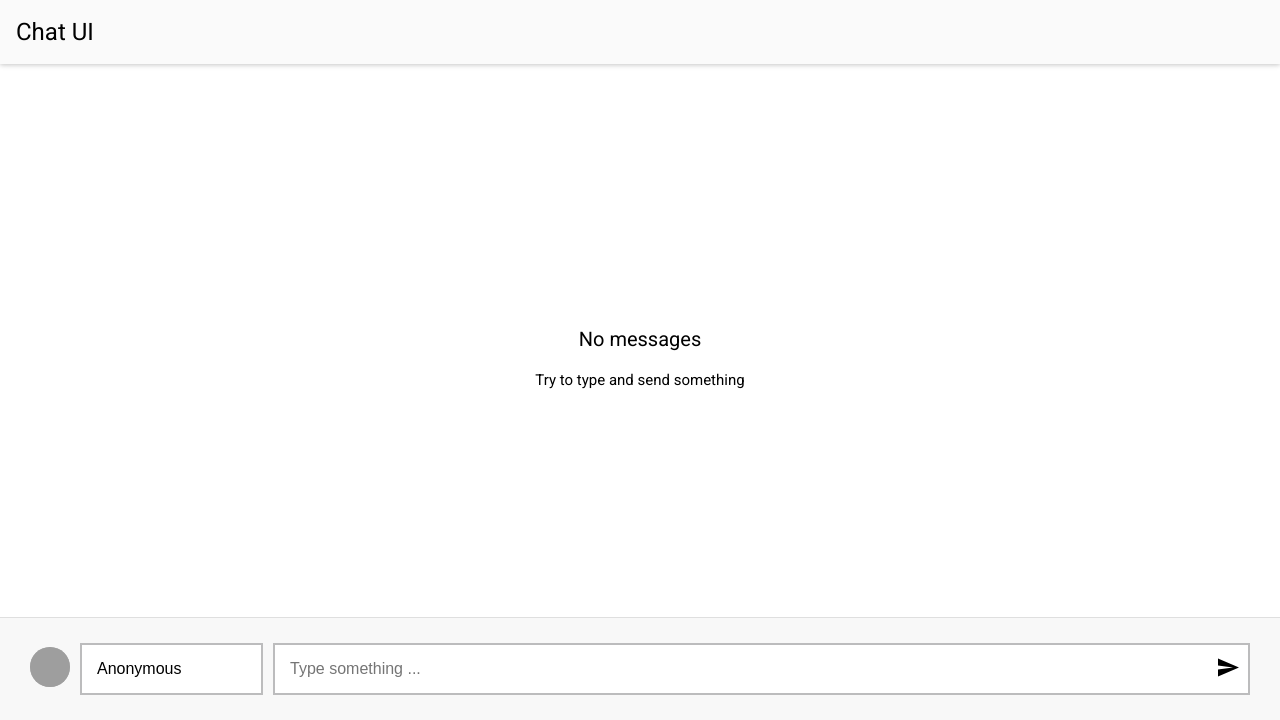
Repository: Faradey27/chat-ui
Page: /
These files come from the project's save history. The page is drawn as it stood at one moment and after the next save; the edit follows.
The browser window is 1280 px wide. The pictures show the whole page.
Pictures or frames that could not be fetched are drawn as grey boxes. The page's requests for data from a server got no answer. The project was rebuilt for these pictures with package versions that can differ from the ones it lists, and the page was loaded fresh each time. No one was signed in, and anything a server would have sent is missing. Also part of the build but not shown: src/components/MessageUsername/MessageUsername.js, src/components/MessageUsername/index.js, src/components/MessageText/MessageText.js, src/components/MessageText/index.js, src/components/MessageDate/MessageDate.js, src/components/MessageDate/index.js, src/components/Message/Message.js.

Above is the page before, as saved 2018-03-04 00:20:18.

### public/index.html
<!DOCTYPE html>
<html lang="en">
  <head>
    <meta charset="utf-8">
    <meta name="viewport" content="width=device-width, initial-scale=1, shrink-to-fit=no">
    <meta name="theme-color" content="#000000">
    <link rel="manifest" href="%PUBLIC_URL%/manifest.json">
    <link rel="shortcut icon" href="%PUBLIC_URL%/favicon.ico">
    <link href="https://fonts.googleapis.com/css?family=Roboto:300,400,700" rel="stylesheet">
    <title>Chat UI</title>
  </head>
  <body>
    <noscript>
      You need to enable JavaScript to run this app.
    </noscript>
    <div id="root"></div>
  </body>
</html>

### src/index.js
import React from 'react';
import ReactDOM from 'react-dom';
import { Provider } from 'react-redux';
import { MuiThemeProvider } from 'material-ui/styles';

import io from "socket.io-client";
import Chat from './containers/Chat';
import configureStore from './data/store/configureStore';
import SocketConnector from './services/SocketConnector';
import StorageConnector from './services/StorageConnector';
import registerServiceWorker from './services/pwa/registerServiceWorker';

import './index.css';

// setuped sockets
const socketIO = io("https://spotim-demo-chat-server.herokuapp.com");
const socket = new SocketConnector({eventName: 'spotim/chat', socket: socketIO});

// setuped redux related things
const storage = new StorageConnector({appName: 'chat-ui-user', storage: window.localStorage}); // localStorage or session storage
const savedUser = storage.getItem('store.user');
const preloadedState = {user: savedUser || {name: 'Anonymous', avatar: ''}};
const reduxStore = configureStore(preloadedState, storage);


ReactDOM.render(
  <Provider store={reduxStore}>
    <MuiThemeProvider>
      <Chat socket={socket}/>
    </MuiThemeProvider>
  </Provider>,
  document.getElementById('root')
);

/*
  As we want to be PWA app, we need to become offline friendly, for this reason we register service worker
*/
registerServiceWorker();

### src/data/store/configureStore.js
if (process.env.NODE_ENV === 'production' || process.env.NODE_ENV === 'test') {
  module.exports = require('./configureStore.prod')
} else {
  module.exports = require('./configureStore.dev')
}

### src/services/SocketConnector.js
import { CHAT_IDENTEFICATOR } from './../config';

const isValidMessage = (message) => message.id && message.text && message.user && message.date;
const isAuthorizedMessage = (message) => message.identificator === CHAT_IDENTEFICATOR;

class SocketConnector {
  eventName = '';
  socket = null;
  connected = false;

  constructor({eventName, socket}) {
    this.eventName = eventName;
    this.socket = socket;
  }

  connect = ({onMessage}) => {
    this.socket.on("connect", () => {
      console.info("connected to chat server!");
      this.connected = true;
    });
    this.socket.on(this.eventName, (message) => this.handleMessage({message, onMessage}));
    this.socket.on("disconnect", () => {
      console.info("disconnected to chat server!");
      this.connected = false;
    });
  }

  handleMessage = ({message, onMessage}) => {
    // as our api services do not have any auth or any client separation, we need to detect somehow just our messages
    if (!isAuthorizedMessage(message)) {
      console.info('We received message from bad guys');
      return -1;
    }
    // we want to skip bad messages
    if (!isValidMessage(message)) {
      console.info('We received invalid message');
      return -1;
    }

    onMessage(message)
  }

  emitMessage(message) {
    this.socket.emit(this.eventName, message);
  }
}

export default SocketConnector;

### src/services/StorageConnector.js
class SocketConnector {
  appName = '';
  storage = null;

  constructor({appName, storage}) {
    this.appName = appName;
    this.storage = storage;
  }

  _getMaskedKey = (key) => `${this.appName}-${key}`;

  setItem(key, value) {
    this.storage.setItem(this._getMaskedKey(key), JSON.stringify(value));
  }

  getItem(key) {
    const item = this.storage.getItem(this._getMaskedKey(key));
    if (!item) {
      return '';
    }

    try {
      return JSON.parse(item);
    } catch (e) {
      throw e;
    }
  }

  removeItem(key) {
    this.storage.removeItem(this._getMaskedKey(key));
  }
}

export default SocketConnector;

### src/index.css
/*
  here we have global styles that need to be applied for whole page(like normalisation)
*/

body {
  margin: 0;
  padding: 0;
  font-family: Roboto;
  min-width: 345px;
}

### src/containers/Chat/Chat.js
import React from 'react';
import { func, instanceOf } from 'prop-types';
import { connect } from 'react-redux';
import AppBar from 'material-ui/AppBar';
import { grey50 } from 'material-ui/styles/colors';
import { css } from 'emotion';
import { addMessage } from './../../data/messages/messagesActions';
import SocketConnector from '../../services/SocketConnector';
import MessageCreationArea from './../MessageCreationArea';
import MessageListArea from './../MessageListArea';
import Column from './../../components/Column';

const chatStyles = css`
  height: 100vh;
  display: flex;
  flex-direction: column;
`;

class Chat extends React.Component {
  static propTypes = {
    socket: instanceOf(SocketConnector).isRequired,
    addMessage: func.isRequired, // dispatched action from react-redux
  }

  componentDidMount() {
    this.props.socket.connect({onMessage: this.props.addMessage})
  }

  handleMessageAdd = (message) => this.props.socket.emitMessage(message)

  render() {
    return (
      <div
        className={chatStyles}
        data-hook="chat"
      >
        <AppBar
          titleStyle={{color: 'initial'}}
          style={{ backgroundColor: grey50 }}
          iconElementLeft={<span/>}
          title="Chat UI"
        />
        <Column>
          <MessageListArea />
          <MessageCreationArea onMessageAdd={this.handleMessageAdd}/>
        </Column>
      </div>
    );
  }
}

export default connect(null, { addMessage })(Chat);

### src/data/store/configureStore.dev.js
import { createStore, applyMiddleware } from 'redux';
import { createLogger } from 'redux-logger';
import rootReducer from './rootReducer';
import saveUserToStorageMiddleware from './../middleware/saveUserToStorage';

const configureStore = (preloadedState, storage) => {
  const store = createStore(
    rootReducer,
    preloadedState,
    applyMiddleware(createLogger(), saveUserToStorageMiddleware(storage))
  );

  return store;
}

export default configureStore;

### src/config.js
export const CHAT_IDENTEFICATOR = 'APPLICATION_INDENTIFICATOR_942345';

### src/data/messages/messagesActions.js
export const ADD_MESSAGE = 'ADD_MESSAGE';
export const addMessage = (message) => ({
  type: ADD_MESSAGE,
  message,
})

### src/containers/MessageCreationArea/index.js
export { default } from './MessageCreationArea';

### src/containers/MessageListArea/index.js
export { default } from './MessageListArea';

### src/components/Column/index.js
export {default} from './Column';

### src/data/store/rootReducer.js
import { combineReducers } from 'redux';
import messages from './../messages/messagesReducer';
import user from './../user/userReducer';

const rootReducer = combineReducers({
  messages,
  user,
});

export default rootReducer;

### src/data/middleware/saveUserToStorage.js
import { SET_USER_AVATAR, SET_USER_NAME } from './../user/userActions';

const middleware = (storage) => (store) => (next) => (action) => {
  next(action);

  if (action.type === SET_USER_AVATAR || action.type === SET_USER_NAME) {
    storage.setItem('store.user', store.getState().user);
  }
}

export default middleware;

### src/containers/MessageCreationArea/MessageCreationArea.js
import React from 'react';
import { shape, string, func } from 'prop-types';
import uuidv4 from 'uuid/v4';
import { connect } from 'react-redux';
import { selectUser } from './../../data/user/userSelectors';
import { setUserAvatar, setUsername } from './../../data/user/userActions';
import MessageCreationAreaView from './MessageCreationAreaView';
import { CHAT_IDENTEFICATOR } from './../../config';
import avatars from './../../assets/avatars';

const getRandomAvatar = () => avatars[Math.floor(Math.random() * avatars.length)]

class MessageCreationArea extends React.Component {
  static propTypes = {
    user: shape({ // from redux store
      name: string,
      avatar: string,
    }),
    setUserAvatar: func, // redux action
    setUsername: func, // redux action
    onMessageAdd: func.isRequired,
  }

  state = {
    messageText: '',
  }

  componentDidMount() {
    if (!this.props.user.avatar) {
      this.props.setUserAvatar(getRandomAvatar());
    }
  }

  handleMessageChange = (messageText) => this.setState({messageText})

  handleMessageAdd = () => {
    if (!this.state.messageText) {
      return null;
    }

    this.props.onMessageAdd({
      id: uuidv4(),
      text: this.state.messageText,
      date: Date.now(),
      user: {
        name: this.props.user.name,
        avatar: this.props.user.avatar,
      },
      identificator: CHAT_IDENTEFICATOR
    });

    this.resetMessage();
  }

  resetMessage = () => this.handleMessageChange('')

  render() {
    return (
      <MessageCreationAreaView
        avatar={this.props.user.avatar}
        username={this.props.user.name}
        messageText={this.state.messageText}
        onMessageAdd={this.handleMessageAdd}
        onMessageChange={this.handleMessageChange}
        onUsernameChange={this.props.setUsername}
      />
    );
  }
}

export default connect(
  (state) => ({
    user: selectUser(state)
  }),
  { setUsername, setUserAvatar }
)(MessageCreationArea);

### src/containers/MessageListArea/MessageListArea.js
import React from 'react';
import { array } from 'prop-types';
import { connect } from 'react-redux';
import MessageListAreaView from './MessageListAreaView';
import { selectMessages } from './../../data/messages/messagesSelectors';

class MessageListArea extends React.Component {
  static propTypes = {
    messages: array, // from store
  }

  render() {
    return (
      <MessageListAreaView messages={this.props.messages}/>
    );
  }
}

export default connect((state) => ({ messages: selectMessages(state)}))(MessageListArea);

### src/components/Column/Column.js
import React from 'react';
import { css } from 'emotion';

const columnStyles = css`
  position: relative;
  display: flex;
  flex: 1;
  flex-direction: column;
`;

export default ({children}) => (
  <div className={columnStyles}>
    {children}
  </div>
);

### src/data/messages/messagesReducer.js
import { ADD_MESSAGE } from './messagesActions';

const messages = (state = [], action) => {
  switch (action.type) {
    case ADD_MESSAGE:
      return [...state, action.message];
    default:
      return state;
  }
};

export default messages;

### src/data/user/userReducer.js
import { SET_USER_AVATAR, SET_USER_NAME } from './userActions';

const user = (state = {avatar: '', name: ''}, action) => {
  switch (action.type) {
    case SET_USER_AVATAR:
      return {...state, avatar: action.avatar};
    case SET_USER_NAME:
      return {...state, name: action.name};
    default:
      return state;
  }
};

export default user;

### src/data/user/userActions.js
export const SET_USER_AVATAR = 'SET_USER_AVATAR';
export const setUserAvatar = (avatar) => ({
  type: SET_USER_AVATAR,
  avatar,
})

export const SET_USER_NAME = 'SET_USER_NAME';
export const setUsername = (name) => ({
  type: SET_USER_NAME,
  name,
})

### src/data/user/userSelectors.js
// TODO, in future we could start to use reselect
export const selectUser = (state) => state.user

### src/containers/MessageCreationArea/MessageCreationAreaView.js
import React from 'react';
import { string, func } from 'prop-types';
import { css } from 'emotion';
import UsernameTextField from './../../components/UsernameTextField';
import MessageTextField from './../../components/MessageTextField';
import SendButton from './../../components/SendButton';

const messageAreaStyles = css`
  background-color: #f8f8f8;
  padding: 25px 30px;
  display: flex;
  align-items: center;
  border-top: 1px solid rgba(0, 0, 0, 0.1);

  @media (max-width: 570px) {
    flex-wrap: wrap;
  }
`;

const messageAreaSendStyles = css`
  position: relative;
  width: 100%;
`;

class MessageCreationAreaView extends React.Component {
  static propTypes = {
    avatar: string,
    username: string,
    onMessageAdd: func,
    onMessageChange: func,
    onUsernameChange: func
  }

  handleFormSubmit = (e) => {
    e.preventDefault();
    this.props.onMessageAdd();
  }

  render() {
    return (
      <div
        className={messageAreaStyles}
        data-hook="message-creation-area"
      >
        <UsernameTextField
          avatar={this.props.avatar}
          username={this.props.username}
          onUsernameChange={this.props.onUsernameChange}
        />
        <form
          className={messageAreaSendStyles}
          onSubmit={this.handleFormSubmit}
        >
          <MessageTextField
            messageText={this.props.messageText}
            onMessageChange={this.props.onMessageChange}
          />
          <SendButton />
        </form>
      </div>
    );
  }
}

export default MessageCreationAreaView;

### src/containers/MessageListArea/MessageListAreaView.js
import React from 'react';
import { array } from 'prop-types';
import { css } from 'emotion';

import Message from './../../components/Message';

const messageListStyles = css`
  height: 100%;
  overflow-y: auto;
  padding-top: 30px;
  padding-left: 30px;
  padding-right: 30px;
`;

const noMessagesWrapperStyle = css`
  display: flex;
  height: 100%;
  width: 100%;
  justify-content: center;
  align-items: center;
  font-size: 20px;
  flex-wrap: wrap;
`;

const noMessagesSubtitleStyle = css`
  font-size: 15px;
`;

class MessageListAreaView extends React.Component {
  static propTypes = {
    messages: array,
  }

  renderMessages() {
    if (!this.props.messages.length) {
      return (
        <div className={noMessagesWrapperStyle}>
          <div style={{textAlign: 'center'}}>
            <p>No messages</p>
            <p className={noMessagesSubtitleStyle}>Try to type and send something</p>
          </div>
        </div>
      );
    }

    return this.props.messages.map((message) => <Message key={message.id} message={message}/>);
  }

  render() {
    return (
      <div
        className={messageListStyles}
        data-hook="message-list-area"
      >
        {this.renderMessages()}
      </div>
    );
  }
}

export default MessageListAreaView;

### src/data/messages/messagesSelectors.js
// TODO, in future we could start to use reselect
export const selectMessages = (state) => state.messages

### src/components/UsernameTextField/index.js
export { default } from './UsernameTextField';

### src/components/MessageTextField/index.js
export { default } from './MessageTextField';

### src/components/SendButton/index.js
export { default } from './SendButton';

### src/components/UsernameTextField/UsernameTextField.js
import React from 'react';
import { string, func } from 'prop-types';
import { css } from 'emotion';
import Avatar from './../Avatar';

const usernameStyles = css`
  display: flex;
  align-items: center;
  margin-right: 10px;

  @media (max-width: 570px) {
    margin-bottom: 20px;
    width: 100%;
    margin-right: 0;
  }
`;

const usernameInputStyles = css`
  font-size: 16px;
  border: 2px solid rgba(160,160,162,.7);
  padding: 15px;
  margin-left: 10px;
  outline: none;
  min-width: 120px;
  width: 100%;
`;

class UsernameTextField extends React.Component {
  static propTypes = {
    avatar: string,
    username: string,
    onUsernameChange: func.isRequired
  }

  handleUsernameChange = (e) => this.props.onUsernameChange(e.target.value)

  render() {
    return (
      <div
        className={usernameStyles}
        data-hook="username-text-field"
      >
        <Avatar avatar={this.props.avatar}/>
        <input
          className={usernameInputStyles}
          data-hook="username-text-field-input"
          value={this.props.username}
          onChange={this.handleUsernameChange}
        />
      </div>
    );
  }
}

export default UsernameTextField;

### src/components/MessageTextField/MessageTextField.js
import React from 'react';
import { string, func } from 'prop-types';
import { css } from 'emotion';

const textAreaStyles = css`
  font-size: 16px;
  border: 2px solid rgba(160,160,162,.7);
  width: 100%;
  padding: 15px;
  padding-right: 45px;
  outline: none;
  min-width: 250px;

  @media (max-width: 570px) {
    min-width: 150px;
  }
`;

const textAreaWrapStyles = css`
  display: flex;
`;

class MessageTextField extends React.Component {
  static propTypes = {
    messageText: string,
    onMessageChange: func.isRequired,
  }

  componentDidMount() {
    this.inputNode.focus();
  }

  handleMessageChange = (e) => {
    this.props.onMessageChange(e.target.value);
  }

  render() {
    return (
      <div
        data-hook="message-text-field"
        className={textAreaWrapStyles}
      >
        <input
          ref={(node) => this.inputNode = node}
          data-hook="message-text-field-textarea"
          placeholder="Type something ..."
          className={textAreaStyles}
          value={this.props.messageText}
          onChange={this.handleMessageChange}
        />
      </div>
    );
  }
}

export default MessageTextField;

### src/components/SendButton/SendButton.js
import React from 'react';
import { func } from 'prop-types';
import { css } from 'emotion';

const sendButtonStyles = css`
  position: absolute;
  right: 10px;
  top: 50%;
  transform: translateY(-50%);
  background: transparent;
  border: none;
  padding: 0;
`;

class SendButton extends React.Component {
  static propTypes = {
    onClick: func,
  }

  render() {
    return (
      <div
        data-hook="send-button"
      >
        <button
          type="submit"
          className={sendButtonStyles}
          data-hook="send-button-el"
          onClick={this.props.onClick}
        >
          <svg
            height="24"
            width="24"
            viewBox="0 0 48 48"
          >
            <path d="M4.02 42l41.98-18-41.98-18-.02 14 30 4-30 4z"/>
            <path d="M0 0h48v48h-48z" fill="none"/>
          </svg>
        </button>
      </div>
    );
  }
}

export default SendButton;

### src/components/Avatar/Avatar.js
import React from 'react';
import Avatar from 'material-ui/Avatar';

export default ({avatar}) => (
  <div data-hook="avatar">
    <Avatar src={avatar}/>
  </div>
);

Loaded but not shown: src/containers/Chat/index.js (common file); src/components/Message/index.js (common file); src/components/Avatar/index.js (common file); src/assets/avatars.json (7 lines, source omitted); src/services/pwa/registerServiceWorker.js (117 lines, source omitted)

After the next save:
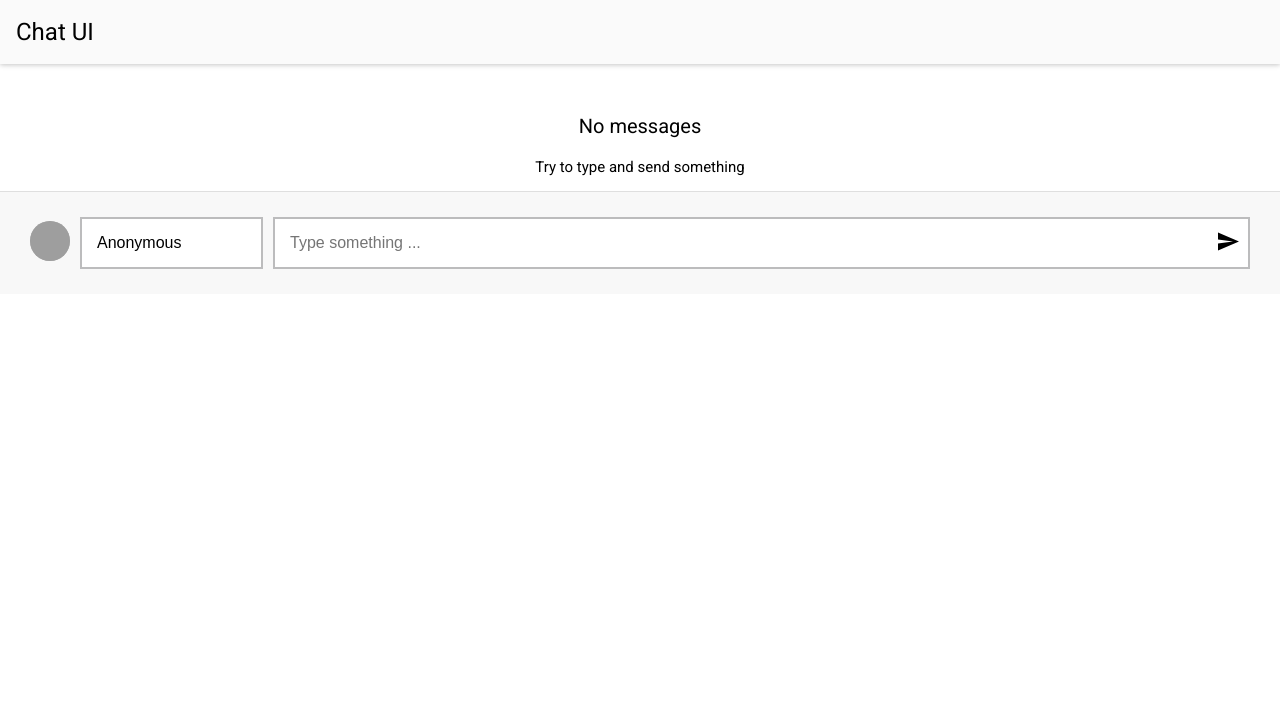
Saved 25 s later.
--- a/src/components/Column/Column.js
+++ b/src/components/Column/Column.js
@@ -4,7 +4,6 @@
 const columnStyles = css`
   position: relative;
   display: flex;
-  flex: 1;
   flex-direction: column;
 `;
 

After the save that followed:
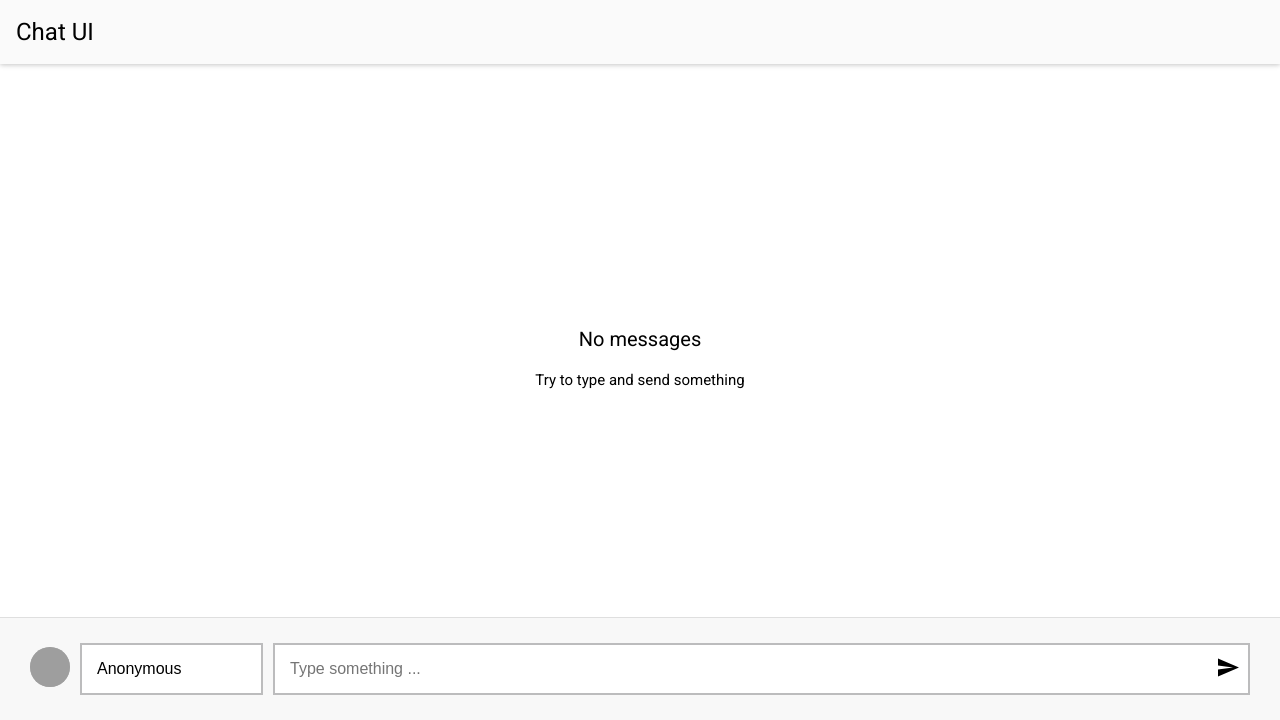
Saved 5 s later.
--- a/src/components/Column/Column.js
+++ b/src/components/Column/Column.js
@@ -4,6 +4,7 @@
 const columnStyles = css`
   position: relative;
   display: flex;
+  flex: 1;
   flex-direction: column;
 `;
 
